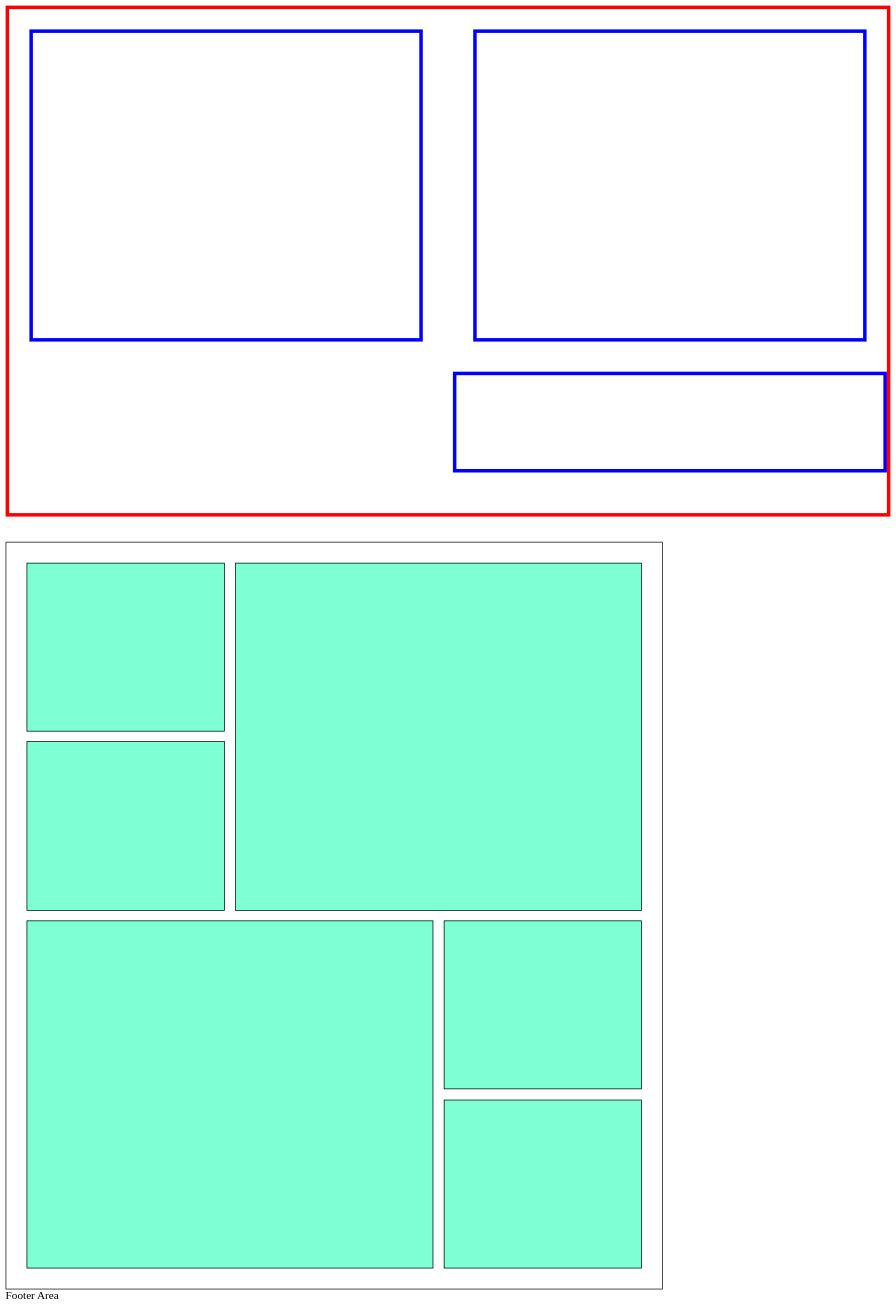
Repository: BwesewB/Brutalist-Website
Page: /
An editor plug-in stored every save of this project. The page is shown before and after the next save, followed by the edit.
The browser window is 1280 px wide. The pictures show the whole page, at 70% of full size.
The project was rebuilt for these pictures with package versions that can differ from the ones it lists, and the page was loaded fresh each time. The framework's server and built-in components were replaced by stand-ins that run in the browser. Also part of the build but not shown: next.config.mjs.

Above is the page before, as saved 2024-02-03 17:42:40.

### pages/index.js
import Head from "next/head";
import Image from "next/image";
import styles from "@/styles/Home.module.css";
import { useState } from "react";



export default function Home() {

  const[input,setInput] = useState();


  const classFilters = {
    1: 'Magician',
    2: 'Theif',
    4: 'Warrior',
    8: 'Bowman',
    16: 'Pirate',
    32: 'Nothing'
  }

const getClassStyle = flagValue => (input & flagValue) > 0 ? { backgroundColor: 'yellow'} : null;

  return (
    <>
      <Head>
        <title>Create Next App</title>
        <meta name="description" content="Generated by create next app" />
        <meta name="viewport" content="width=device-width, initial-scale=1" />
        <link rel="icon" href="/favicon.ico" />
      </Head>
      <main className={`${styles.main}`}>
        <div className={styles.titlePage}>
          <div className={styles.graphic}></div>
          <div className={styles.displayPanel}></div>
          <div className={styles.inputArea}></div>
        </div>
        <div className={styles.displayArea}>
          <div className={styles.posterOne}></div>
          <div className={styles.posterTwo}></div>
          <div className={styles.posterThree}></div>
          <div className={styles.posterFour}></div>
          <div className={styles.posterFive}></div>
          <div className={styles.posterSix}></div>
        </div>
      </main>
      <footer>
        Footer Area
      </footer>
    </>
  );
}

{/* <div class="inputArea">
<input
id="input"
type="text"
placeholder="bitmask decimal value"
value={input}
onChange={event => setInput(event.target.value)}
/>
</div>
<div class="posterArea" >                                                             need to change to posters
<table>
  <tbody>
    {
      Object.keys(classFilters).map(item => (
        <tr key={item} style={getClassStyle(item)}>
          <td>{item}</td>
          <td>{classFilters[item]}</td>
        </tr>
      ))
    }
  </tbody>
</table>
</div> */}

### styles/globals.css
:root{

}

### styles/Home.module.css
.main {
  display:grid;
  grid-template-columns: repeat(4, 1fr);
  gap:5vh;
}

/* <div class="titlePage">
<div class="graphic"></div>
<div class="inputArea"></div>
</div>
<div class="displayArea">
<div class="posterOne"></div>
<div class="posterTwo"></div>
<div class="posterThree"></div>
<div class="posterFour"></div>
<div class="posterFive"></div>
<div class="posterSix"></div>
</div> */

.titlePage{
  height:100vh;
  grid-column: 1/5;
  border: 5px solid red;
/*---------------------------------------------------------------------------------------------------------*/
  display:grid;
  grid-template-columns: repeat(2, 1fr);
  grid-template-rows: 70vh 20vh;
  gap:2vh;
}

.graphic, .displayPanel{
  border: 5px solid blue;
  margin:4vh;
}

.graphic{
  grid-column: 1/2;
}

.displayPanel{
  grid-column: 2/3;
  grid-template-columns: repeat(2, 1fr);
  gap:4vh
}

.inputArea{
  grid-column: 2/3;
  grid-row:2/3;
  border: 5px solid blue;
  gap:4vh
}

/*---------------------------------------------------------------------------------------------------------*/
.displayArea {
  grid-column: 1/4;
/*--------------------------------------------------------------------------------------------------------- This needs to be in a component*/
  display: grid;
  grid-template-columns: repeat(3, 1fr);
  grid-template-rows: repeat(4, 1fr);
  gap: 2vh;
  border: 1px solid black;
  height:140vh;
  padding: 4vh;
}
/*---------------------------------------------------------------------------------------------------------*/

.posterOne,
.posterTwo,
.posterThree,
.posterFour,
.posterFive,
.posterSix {
  background-color: aquamarine;
  border: 1px solid black;
}

.posterTwo{
  grid-column: 2/4;
  grid-row: 1/3;
}

.posterFour{
  grid-column: 1/3;
  grid-row: 3/5;
}

Loaded but not shown: pages/_app.js (common file); pages/_document.js (common file)

After the next save:
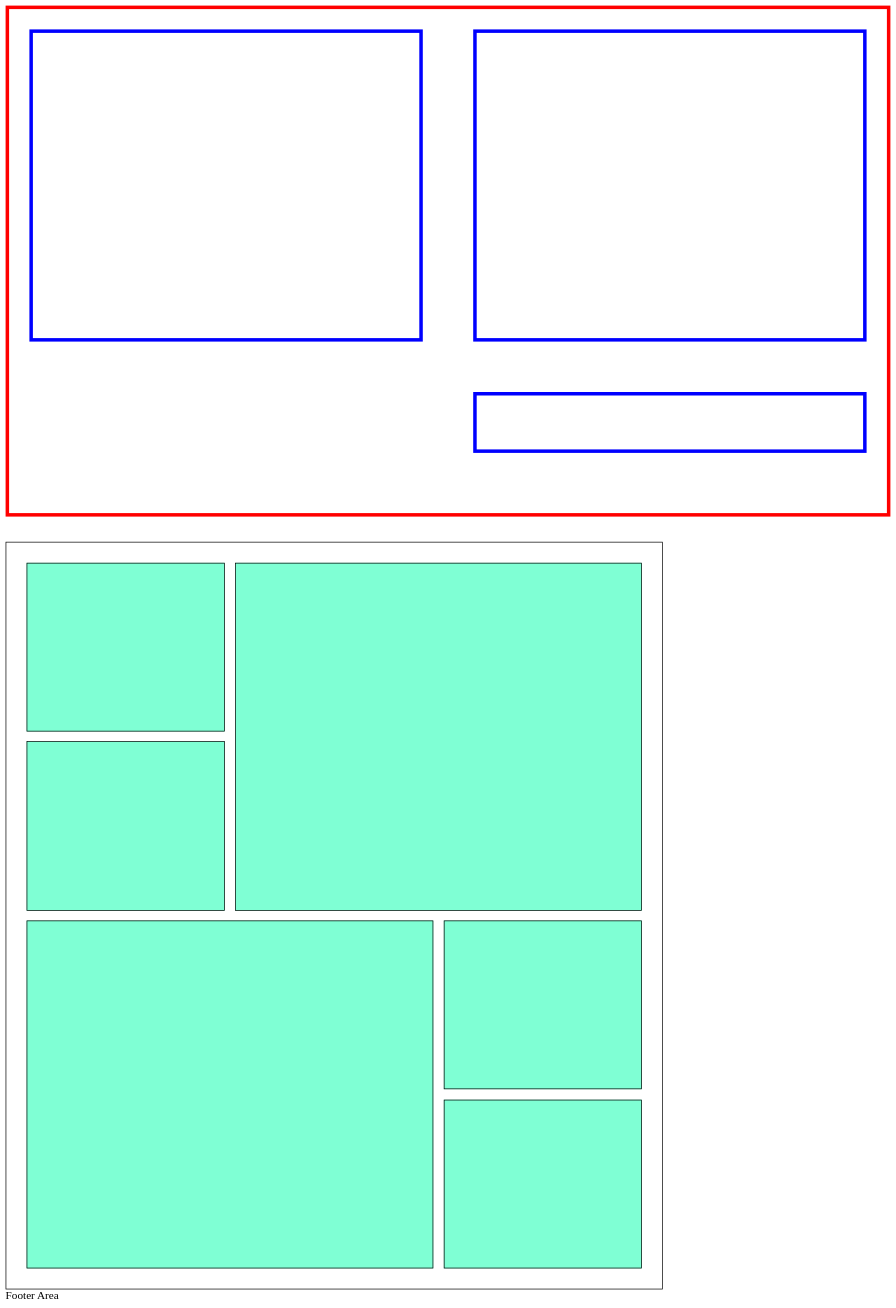
Saved 17 s later.
--- a/styles/Home.module.css
+++ b/styles/Home.module.css
@@ -28,7 +28,7 @@
   gap:2vh;
 }
 
-.graphic, .displayPanel{
+.graphic, .displayPanel, .inputArea{
   border: 5px solid blue;
   margin:4vh;
 }
@@ -46,8 +46,6 @@
 .inputArea{
   grid-column: 2/3;
   grid-row:2/3;
-  border: 5px solid blue;
-  gap:4vh
 }
 
 /*---------------------------------------------------------------------------------------------------------*/
